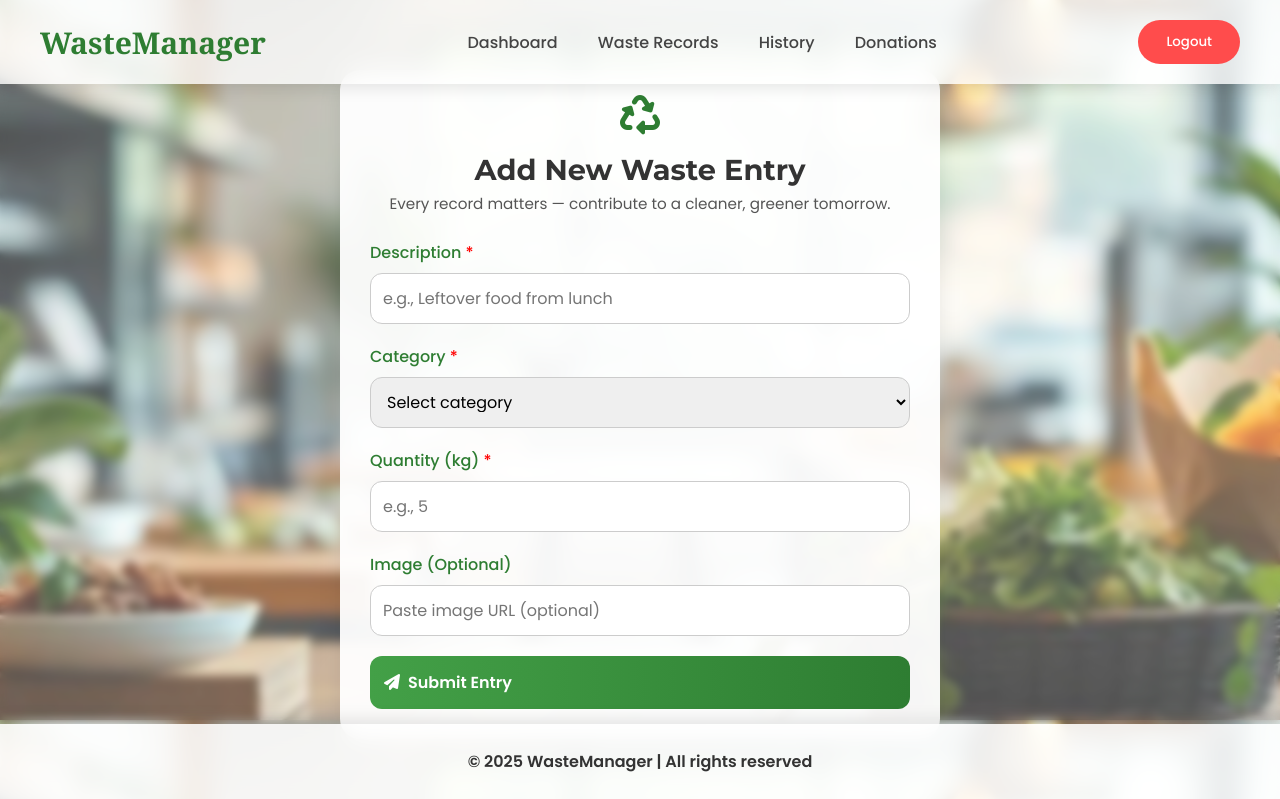
Repository: mahekagrawal25/restaurant-waste-management
Page: frontend/addwaste.html
The author's editor kept a copy of each file at every save. The page is drawn from the files as they stood at one save, then again after the next save.
The browser window is 1280 px wide. The pictures show the whole page.
Backgrounds fixed to the window are drawn as part of the page.

Above is the page before, as saved 2025-04-06 22:13:17.

### frontend/addwaste.html
<!DOCTYPE html>
<html lang="en">
  <head>
    <meta charset="UTF-8" />
    <meta name="viewport" content="width=device-width, initial-scale=1.0" />
    <title>Add Waste - WasteManager</title>
    <link rel="stylesheet" href="style.css" />
    <script src="script.js" defer></script>
    <link
      rel="stylesheet"
      href="https://cdnjs.cloudflare.com/ajax/libs/font-awesome/6.4.0/css/all.min.css"
    />
    <link
      href="https://fonts.googleapis.com/css2?family=Poppins:wght@400;500;600&family=Montserrat:wght@700&display=swap"
      rel="stylesheet"
    />














    <style>
        body {
          margin: 0;
          padding: 0;
          font-family: 'Poppins', sans-serif;
          background: url('./images/restro6.jpg') no-repeat center center fixed;
          background-size: cover;
          background-attachment: fixed;
        }

        .page-wrapper {
          background-color: rgba(255, 255, 255, 0.3);
          backdrop-filter: blur(4px);
        }

        .waste-card {
          background: rgba(255, 255, 255, 0.95);
        }
      </style>



  </head>
  <body>
    <header class="navbar">
      <div class="nav-container">
        <div class="logo">WasteManager</div>
        <nav>
          <a href="dashboard.html">Dashboard</a>
          <a href="waste-records.html" class="active">Waste Records</a>
          <a href="history.html">History</a>
          <a href="donations.html">Donations</a>
        </nav>
        <button id="logoutBtn" class="btn-logout">Logout</button>
      </div>
    </header>

    <div class="page-wrapper">
      <div class="waste-card">
        <div class="card-header">
          <i class="fas fa-recycle"></i>
          <h1>Add New Waste Entry</h1>
          <p>
            Every record matters — contribute to a cleaner, greener tomorrow.
          </p>
        </div>

        <form id="addWasteForm" class="waste-form">
          <div class="form-group">
            <label for="description">Description <span>*</span></label>
            <input
              type="text"
              id="description"
              name="description"
              required
              placeholder="e.g., Leftover food from lunch"
            />
          </div>

          <div class="form-group">
            <label for="category">Category <span>*</span></label>
            <select id="category" name="category" required>
              <option value="">Select category</option>
              <option value="Plastic">Plastic</option>
              <option value="Food">Food</option>
              <option value="Cardboard">Cardboard</option>
              <option value="Glass">Glass</option>
              <option value="Other">Other</option>
            </select>
          </div>

          <div class="form-group">
            <label for="quantity">Quantity (kg) <span>*</span></label>
            <input
              type="number"
              id="quantity"
              name="quantity"
              min="1"
              required
              placeholder="e.g., 5"
            />
          </div>

          <div class="form-group">
            <label for="image_url">Image (Optional)</label>
            <input
              type="url"
              id="image_url"
              name="image_url"
              placeholder="Paste image URL (optional)"
            />
          </div>

          <button type="submit" class="btn-submit">
            <i class="fas fa-paper-plane"></i> Submit Entry
          </button>
        </form>
      </div>
    </div>

    <footer class="footer">
      <p>&copy; 2025 WasteManager | All rights reserved</p>
    </footer>
  </body>
</html>

### frontend/style.css
/* ✅ General Styles */
* {
  margin: 0;
  padding: 0;
  box-sizing: border-box;
  font-family: 'Poppins', sans-serif;
}

body {
  background: linear-gradient(135deg, #2e7d32, #81c784);
  color: #333;
  min-height: 100vh;
  display: flex;
  flex-direction: column;
}

/* ✅ Navigation Bar */
.navbar {
  background: rgba(255, 255, 255, 0.85);
  backdrop-filter: blur(12px);
  box-shadow: 0 4px 15px rgba(0, 0, 0, 0.1);
  padding: 20px 40px;
  position: sticky;
  top: 0;
  z-index: 1000;
}

.nav-container {
  display: flex;
  justify-content: space-between;
  align-items: center;
  max-width: 1300px;
  margin: 0 auto;
}

.navbar .logo {
  font-size: 30px;
  font-weight: bold;
  color: #2e7d32;
  font-family: 'Georgia', serif;
}

nav a {
  margin: 0 18px;
  text-decoration: none;
  color: #444;
  font-weight: 500;
  transition: color 0.3s, transform 0.3s;
}

nav a:hover {
  color: #2e7d32;
  transform: scale(1.1);
}

.btn-logout {
  background: #ff4c4c;
  color: #fff;
  border: none;
  padding: 12px 28px;
  border-radius: 30px;
  cursor: pointer;
  font-weight: 500;
  transition: background 0.3s, transform 0.3s;
}

.btn-logout:hover {
  background: #e03c3c;
  transform: scale(1.05);
}

/* ✅ Main Content */
.container {
  width: 90%;
  max-width: 1300px;
  margin: 50px auto;
  flex: 1;
}

/* ✅ Welcome Section */
.welcome-section {
  text-align: center;
  margin-bottom: 70px;
}

.welcome-section h1 {
  font-size: 48px;
  color: #fff;
  margin-bottom: 12px;
  font-weight: 700;
  font-family: 'Cambria', serif;
}

.welcome-section p {
  font-size: 20px;
  color: #f0f0f0;
  opacity: 0.9;
}

/* ✅ Quick Actions Grid */
.actions-grid {
  display: grid;
  grid-template-columns: repeat(auto-fit, minmax(280px, 1fr));
  gap: 35px;
  margin-bottom: 70px;
}

.action-card {
  background: rgba(255, 255, 255, 0.85);
  backdrop-filter: blur(12px);
  border-radius: 20px;
  box-shadow: 0 10px 25px rgba(0, 0, 0, 0.1);
  padding: 35px;
  text-align: center;
  transition: transform 0.4s, box-shadow 0.4s;
  cursor: pointer;
}

.action-card:hover {
  transform: translateY(-12px);
  box-shadow: 0 14px 30px rgba(0, 0, 0, 0.2);
}

.action-card i {
  font-size: 52px;
  color: #2e7d32;
  margin-bottom: 25px;
}

.action-card h3 {
  font-size: 26px;
  color: #333;
  margin-bottom: 12px;
  font-weight: 700;
}

.action-card p {
  font-size: 18px;
  color: #555;
  opacity: 0.85;
}

/* ✅ Recent Activities */
.recent-activities {
  background: rgba(255, 255, 255, 0.9);
  padding: 35px;
  border-radius: 20px;
  box-shadow: 0 10px 25px rgba(0, 0, 0, 0.1);
}

.recent-activities h2 {
  font-size: 30px;
  margin-bottom: 25px;
  font-weight: 700;
  color: #333;
}

.activities-container {
  max-height: 350px;
  overflow-y: auto;
  padding: 15px;
}

.activities-container p {
  font-size: 18px;
  color: #555;
  opacity: 0.9;
}

/* ✅ Footer */
.footer {
  background: rgba(255, 255, 255, 0.9);
  backdrop-filter: blur(10px);
  color: #333;
  text-align: center;
  padding: 25px;
  box-shadow: 0 -5px 15px rgba(0, 0, 0, 0.1);
  font-weight: 600;
  font-size: 16px;
}





/* Activities Table Styles */
.activities-table-container {
  overflow-x: auto;
  margin-top: 1rem;
  background: white;
  border-radius: 8px;
  box-shadow: 0 2px 10px rgba(0,0,0,0.1);
  padding: 1rem;
}

#activitiesTable {
  width: 100%;
  border-collapse: collapse;
}

#activitiesTable th, #activitiesTable td {
  padding: 12px 15px;
  text-align: left;
  border-bottom: 1px solid #e0e0e0;
}

#activitiesTable th {
  background-color: #f5f5f5;
  font-weight: 600;
}

#activitiesTable tr:hover {
  background-color: #f9f9f9;
}

.btn-view-all {
  display: block;
  margin: 1rem auto 0;
  padding: 8px 16px;
  background: #4CAF50;
  color: white;
  border: none;
  border-radius: 4px;
  cursor: pointer;
}

.btn-view-all:hover {
  background: #45a049;
}




/* Activities Table Styles */
.activities-table-container {
  overflow-x: auto;
  margin-top: 1rem;
  background: white;
  border-radius: 8px;
  box-shadow: 0 2px 10px rgba(0,0,0,0.1);
  padding: 1rem;
}

#activitiesTable {
  width: 100%;
  border-collapse: collapse;
  font-size: 0.9rem;
}

#activitiesTable th {
  background-color: #f8f9fa;
  padding: 12px 15px;
  text-align: left;
  font-weight: 600;
}

#activitiesTable td {
  padding: 10px 15px;
  border-bottom: 1px solid #e9ecef;
}

.loading, .error {
  text-align: center;
  padding: 20px;
}

.loading {
  color: #6c757d;
}

.error {
  color: #dc3545;
}













.page-header {
  text-align: center;
  margin-top: 40px;
}

.page-header h1 {
  font-family: 'Montserrat', sans-serif;
  font-size: 2rem;
  color: #2e7d32;
}

.page-header p {
  font-size: 1rem;
  color: #555;
  margin-top: 8px;
}

.form-section {
  max-width: 600px;
  margin: 30px auto;
  background: #f9fff9;
  padding: 30px;
  border-radius: 16px;
  box-shadow: 0 6px 18px rgba(0, 0, 0, 0.06);
}

.waste-form .form-group {
  margin-bottom: 20px;
}

.waste-form label {
  display: block;
  font-weight: 500;
  margin-bottom: 8px;
}

.waste-form label span {
  color: red;
}

.waste-form input,
.waste-form select {
  width: 100%;
  padding: 12px 14px;
  font-size: 1rem;
  border: 1px solid #ccc;
  border-radius: 12px;
  outline: none;
  transition: border 0.3s ease;
}

.waste-form input:focus,
.waste-form select:focus {
  border-color: #4caf50;
}

.btn-submit {
  background-color: #4caf50;
  color: #fff;
  padding: 12px 20px;
  border: none;
  border-radius: 12px;
  cursor: pointer;
  font-weight: 600;
  font-size: 1rem;
  transition: background-color 0.3s ease;
  display: flex;
  align-items: center;
  gap: 8px;
}

.btn-submit:hover {
  background-color: #388e3c;
}




/* Hero Section */
.hero-header {
  background: linear-gradient(to right, #43a047, #2e7d32);
  color: white;
  padding: 60px 20px 40px;
  text-align: center;
  border-bottom-left-radius: 40px;
  border-bottom-right-radius: 40px;
  box-shadow: 0 8px 20px rgba(0, 0, 0, 0.1);
}

.hero-content i {
  font-size: 3rem;
  margin-bottom: 10px;
  animation: bounce 1s ease-in-out infinite alternate;
}

.hero-content h1 {
  font-family: 'Montserrat', sans-serif;
  font-size: 2.5rem;
  margin: 0;
}

.hero-content p {
  font-size: 1.1rem;
  margin-top: 10px;
  color: #e0f2f1;
}

/* Animation for Icon */
@keyframes bounce {
  0% { transform: translateY(0); }
  100% { transform: translateY(-5px); }
}


/* Make entire page fit on screen */
.page-wrapper {
  display: flex;
  justify-content: center;
  align-items: center;
  height: calc(100vh - 80px); /* Adjust for header/footer */
  padding: 20px;
  background-color: #f4f7f6;
}

/* Unified Card */
.waste-card {
  background: white;
  border-radius: 20px;
  max-width: 600px;
  width: 100%;
  padding: 30px;
  box-shadow: 0 8px 24px rgba(0, 0, 0, 0.08);
  font-family: 'Poppins', sans-serif;
}

/* Header Inside Card */
.card-header {
  text-align: center;
  margin-bottom: 25px;
}

.card-header i {
  font-size: 2.5rem;
  color: #2e7d32;
  animation: bounce 1s infinite alternate;
}

.card-header h1 {
  margin: 10px 0 5px;
  font-family: 'Montserrat', sans-serif;
  font-size: 1.8rem;
}

.card-header p {
  font-size: 0.95rem;
  color: #555;
}

/* Form Fields */
.waste-form .form-group {
  margin-bottom: 20px;
}

.waste-form label {
  display: block;
  margin-bottom: 8px;
  font-weight: 500;
  color: #2e7d32;
}

.waste-form input,
.waste-form select {
  width: 100%;
  padding: 12px;
  border: 1px solid #ccc;
  border-radius: 12px;
  font-size: 1rem;
  transition: border 0.3s ease;
}

.waste-form input:focus,
.waste-form select:focus {
  border-color: #2e7d32;
  outline: none;
}

/* Submit Button */
.btn-submit {
  width: 100%;
  background: linear-gradient(to right, #43a047, #2e7d32);
  color: white;
  padding: 14px;
  font-size: 1rem;
  border: none;
  border-radius: 12px;
  cursor: pointer;
  transition: background 0.3s ease;
}

.btn-submit:hover {
  background: linear-gradient(to right, #388e3c, #1b5e20);
}

/* Icon Animation */
@keyframes bounce {
  0% { transform: translateY(0); }
  100% { transform: translateY(-5px); }
}

### frontend/script.js
// 🌟 DOMContentLoaded event
document.addEventListener("DOMContentLoaded", () => {
  const token = localStorage.getItem("token");
  const userName = localStorage.getItem("username") || "User";
  const isDashboard = window.location.pathname.includes("dashboard.html");
  const isLogin = window.location.pathname.includes("index.html");

  // ✅ Display username dynamically
  const userNameElement = document.getElementById("userName");
  if (userNameElement) userNameElement.textContent = userName;

  // ✅ Redirect logic based on token
  handleRedirection(token, isDashboard, isLogin);

  // ✅ Load dashboard data if logged in
  if (isDashboard && token) {
    loadDashboardData(token);
  }
});

// 🚀 Reusable redirection handler
function handleRedirection(token, isDashboard, isLogin) {
  if (!token && isDashboard) {
    console.log("No token, redirecting to login...");
    window.location.href = "index.html";
  } else if (token && isLogin) {
    console.log("User already logged in, redirecting to dashboard...");
    window.location.href = "dashboard.html";
  }
}

// 🔥 Load dashboard data with error handling
async function loadDashboardData(token) {
  const activitiesTableBody = document.getElementById("activitiesTableBody");

  if (!activitiesTableBody) {
    console.error("Error: Couldn't find the activities table");
    return;
  }

  try {
    // Show loading state
    activitiesTableBody.innerHTML = `
      <tr>
        <td colspan="5" class="loading">Loading activities...</td>
      </tr>
    `;

    // Fetch combined activities
    const response = await fetch("http://localhost:5000/api/auth/dashboard/activities", {
      method: "GET",
      headers: { Authorization: `Bearer ${token}` }
    });

    if (!response.ok) throw new Error(`HTTP error! status: ${response.status}`);

    const activities = await response.json();

    // Clear loading state
    activitiesTableBody.innerHTML = "";

    // Process and display activities
    if (activities.length === 0) {
      activitiesTableBody.innerHTML = `
        <tr>
          <td colspan="5">No recent activities found</td>
        </tr>
      `;
      return;
    }

    activities.forEach(activity => {
      const row = document.createElement("tr");

      // Common fields
      const date = new Date(activity.created_at).toLocaleDateString();

      // Type-specific rendering
      if (activity.type === 'waste') {
        row.innerHTML = `
          <td>🗑️ Waste</td>
          <td>${activity.description}</td>
          <td>${activity.category}</td>
          <td>${activity.quantity} ${activity.category === 'Food' ? 'kg' : 'units'}</td>
          <td>${date}</td>
        `;
      }
      else if (activity.type === 'donation') {
        row.innerHTML = `
          <td>♻️ Donation</td>
          <td>${activity.description}</td>
          <td>Donor: ${activity.donor_name}</td>
          <td>${activity.quantity} items</td>
          <td>${date}</td>
        `;
      }
      else if (activity.type === 'collection') {
        row.innerHTML = `
          <td>🚛 Collection</td>
          <td>${activity.description}</td>
          <td>${activity.status}</td>
          <td>-</td>
          <td>${new Date(activity.pickup_date).toLocaleDateString()}</td>
        `;
      }

      activitiesTableBody.appendChild(row);
    });

  } catch (error) {
    console.error("Error loading activities:", error);
    activitiesTableBody.innerHTML = `
      <tr>
        <td colspan="5" class="error">Failed to load activities. Please try again.</td>
      </tr>
    `;
  }
}
// 🌟 Login form submission
document.getElementById("loginForm")?.addEventListener("submit", async (event) => {
  event.preventDefault();

  const email = document.getElementById("email").value;
  const password = document.getElementById("password").value;
  const message = document.getElementById("message");

  try {
    const response = await fetch("http://localhost:5000/api/auth/login", {
      method: "POST",
      headers: { "Content-Type": "application/json" },
      body: JSON.stringify({ email, password })
    });

    const data = await response.json();

    if (response.ok) {
      localStorage.setItem("token", data.token);
      localStorage.setItem("username", data.username);

      message.textContent = "Login successful! Redirecting...";
      message.classList.remove("text-red-500");
      message.classList.add("text-green-500");

      setTimeout(() => {
        window.location.href = "dashboard.html";
      }, 1500);
    } else {
      message.textContent = data.message || "Invalid credentials.";
      message.classList.add("text-red-500");
    }
  } catch (error) {
    console.error("Server error:", error);
    message.textContent = "Server error. Please try again later.";
    message.classList.add("text-red-500");
  }
});

// 🚀 Logout handler
document.getElementById("logoutBtn")?.addEventListener("click", logoutUser);

function logoutUser() {
  localStorage.removeItem("token");
  localStorage.removeItem("username");
  window.location.href = "index.html";
}

// ✅ Signup form submission
document.getElementById("signupForm")?.addEventListener("submit", async (event) => {
  event.preventDefault();

  const username = document.getElementById("username").value.trim();
  const email = document.getElementById("email").value.trim();
  const password = document.getElementById("password").value.trim();
  const message = document.getElementById("signupMessage");

  // ✅ Basic validation
  if (!username || !email || !password) {
    message.textContent = "All fields are required.";
    message.classList.add("text-red-500");
    return;
  }

  try {
    const response = await fetch("http://localhost:5000/api/auth/signup", {
      method: "POST",
      headers: { "Content-Type": "application/json" },
      body: JSON.stringify({ username, email, password }),
    });

    const data = await response.json();

    if (response.ok) {
      message.textContent = "Signup successful! Redirecting to login...";
      message.classList.remove("text-red-500");
      message.classList.add("text-green-500");

      setTimeout(() => {
        window.location.href = "index.html";
      }, 1500);
    } else {
      message.textContent = data.message || "Signup failed. Please try again.";
      message.classList.add("text-red-500");
    }
  } catch (error) {
    console.error("Server error:", error);
    message.textContent = "Server error. Please try again later.";
    message.classList.add("text-red-500");
  }
});

After the next save:
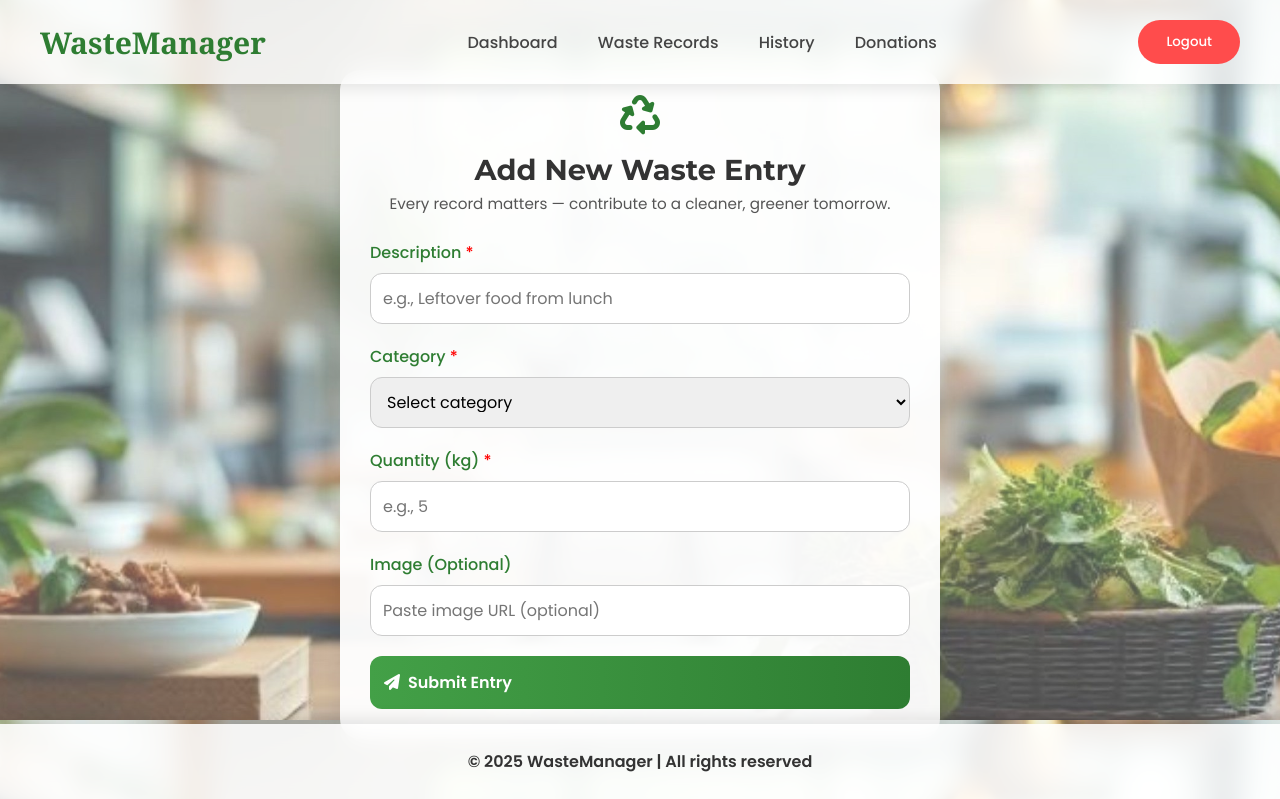
Saved 6 s later.
--- a/frontend/addwaste.html
+++ b/frontend/addwaste.html
@@ -40,7 +40,6 @@
 
         .page-wrapper {
           background-color: rgba(255, 255, 255, 0.3);
-          backdrop-filter: blur(4px);
         }
 
         .waste-card {
